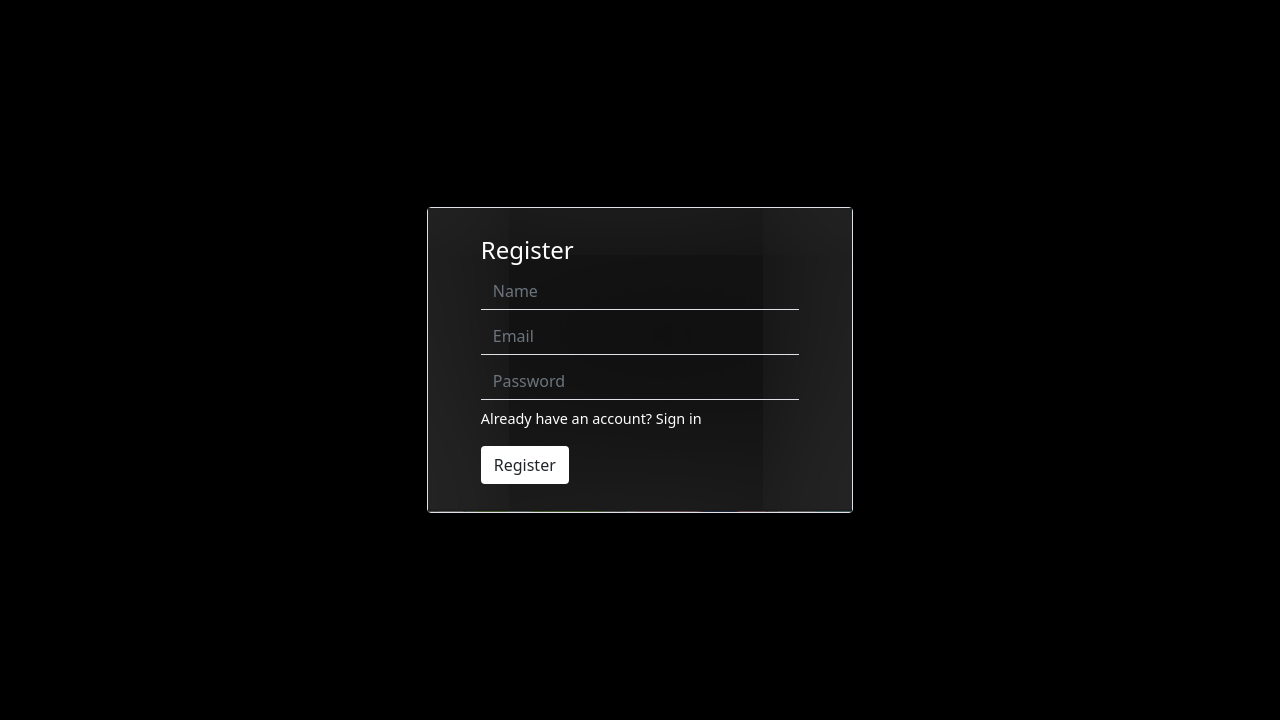
Repository: SaudCh/React-login
Page: /register
These files come from the project's save history. The page is drawn as it stood at one moment and after the next save; the edit follows.
The browser window is 1280 px wide. The pictures show the whole page.
The project was rebuilt for these pictures with package versions that can differ from the ones it lists, and the page was loaded fresh each time. Also part of the build but not shown: src/Components/Login/loginValidation.js, src/Components/Login/Login.jsx, src/Components/Shared/Header.jsx, src/Components/NotFound/NotFound.jsx.

Above is the page before, as saved 2022-02-06 15:31:52.

After the next save:
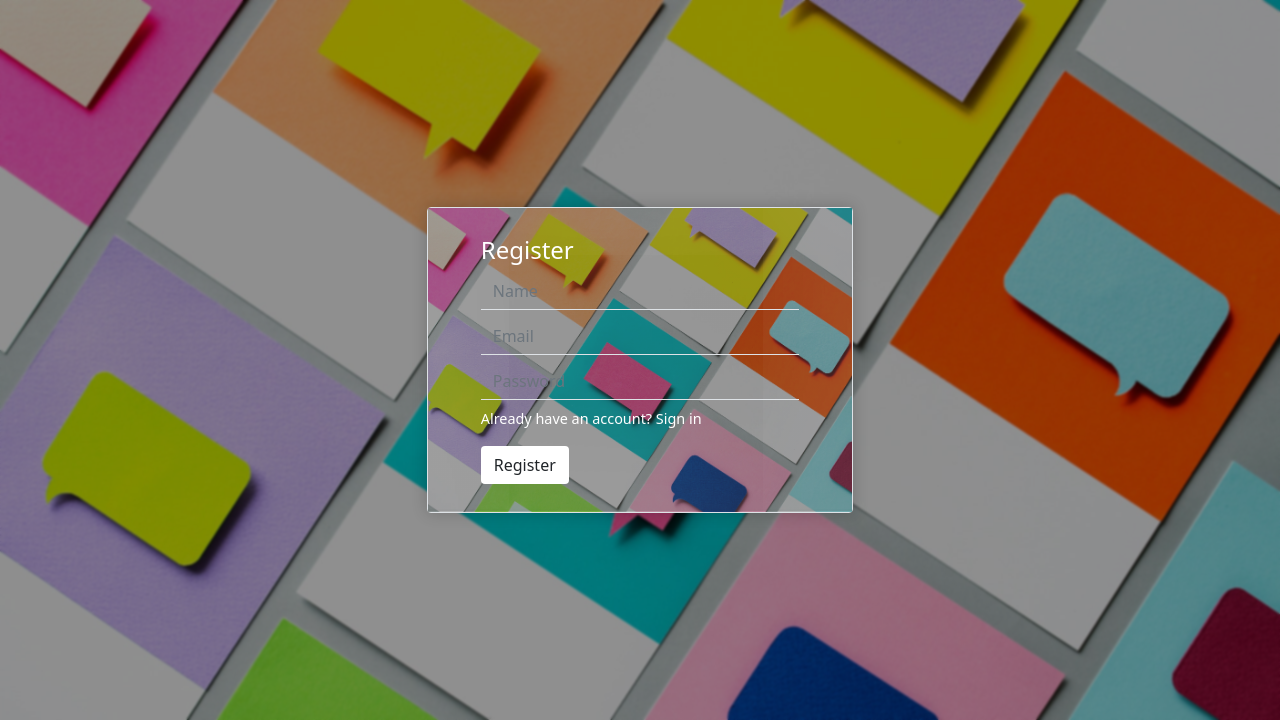
Saved 13 s later.
--- a/src/Components/Register/Register.css
+++ b/src/Components/Register/Register.css
@@ -1,5 +1,5 @@
 .background-image {
-  background-image: linear-gradient(rgba(0, 0, 0, 1), rgba(0, 0, 0, 1)),
+  background-image: linear-gradient(rgba(0, 0, 0, 0.4), rgba(0, 0, 0, 0.4)),
     url("../Images/back.jpg");
   background-position: center;
   background-repeat: no-repeat;
